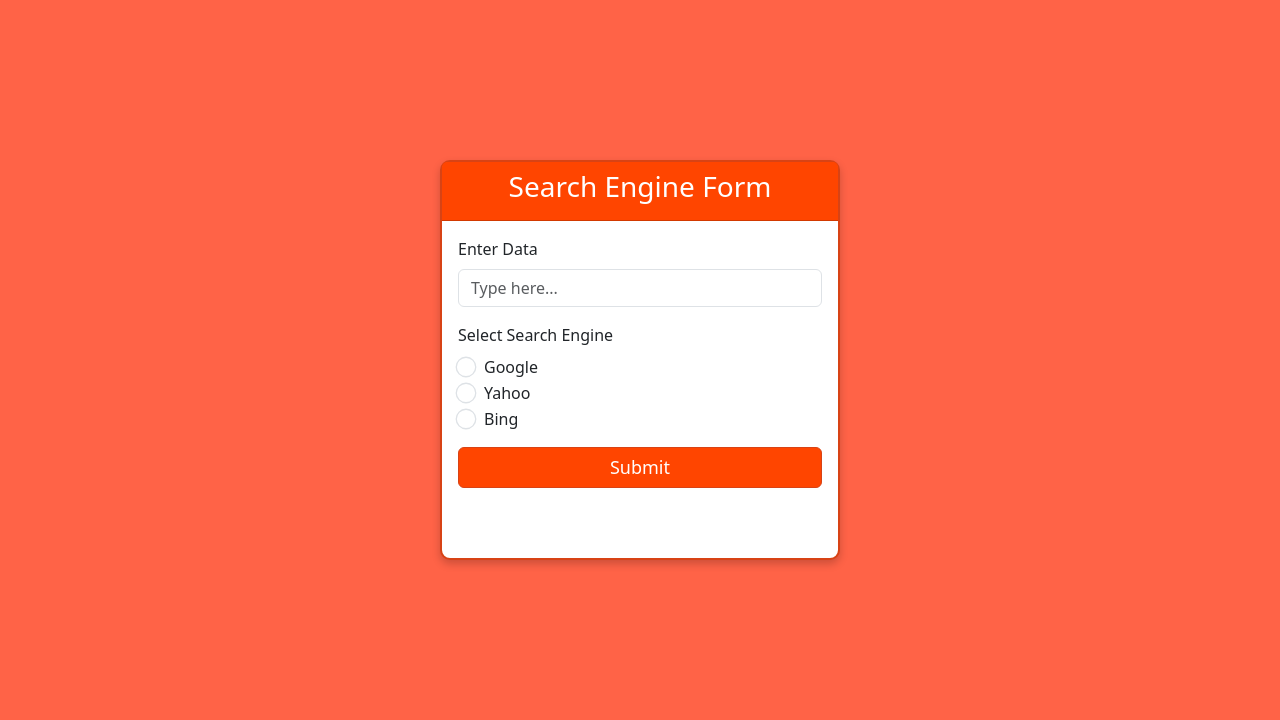
Repository: Prasad-R-Patil/WebBaseJava
Page: SearchEngien/src/main/webapp/index.html
The author's editor kept a copy of each file at every save. The page is drawn from the files as they stood at one save, then again after the next save.
The browser window is 1280 px wide. The pictures show the whole page.

Above is the page before, as saved 2025-05-15 11:47:22.

After the next save:
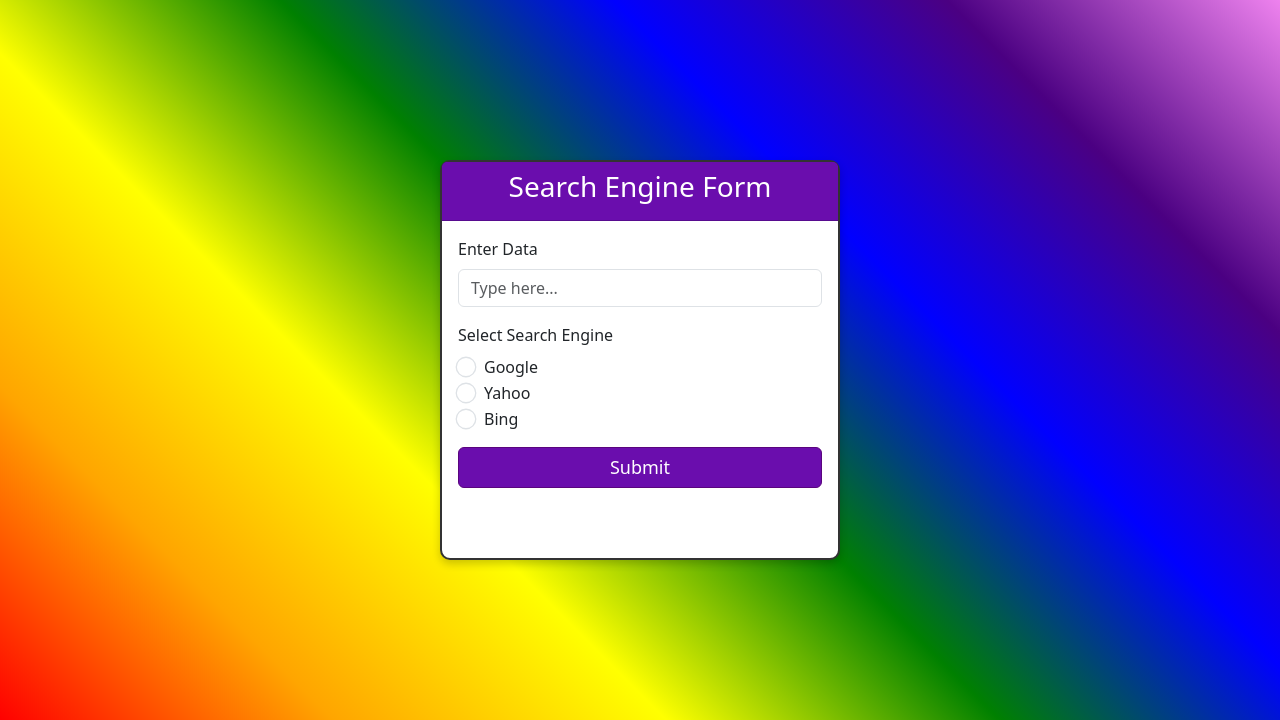
Saved 56 s later.
--- a/SearchEngien/src/main/webapp/index.html
+++ b/SearchEngien/src/main/webapp/index.html
@@ -8,7 +8,7 @@
     <link href="https://cdn.jsdelivr.net/npm/bootstrap@5.3.0/dist/css/bootstrap.min.css" rel="stylesheet">
     <style>
         body {
-            background: linear-gradient(45deg, tomato, #ff6347);
+            background: linear-gradient(45deg, red, orange, yellow, green, blue, indigo, violet);
             display: flex;
             justify-content: center;
             align-items: center;
@@ -20,16 +20,16 @@
             background: #ffffff;
             border-radius: 10px;
             box-shadow: 0 4px 8px rgba(0, 0, 0, 0.2);
-            border: 2px solid #d84315;
+            border: 2px solid #333;
         }
         .card-header {
-            background: #ff4500;
+            background: #6a0dad;
             color: white;
             text-align: center;
         }
         .btn-primary {
-            background-color: #ff4500;
-            border-color: #d84315;
+            background-color: #6a0dad;
+            border-color: #5a047e;
             font-size: 18px;
             width: 100%;
         }
